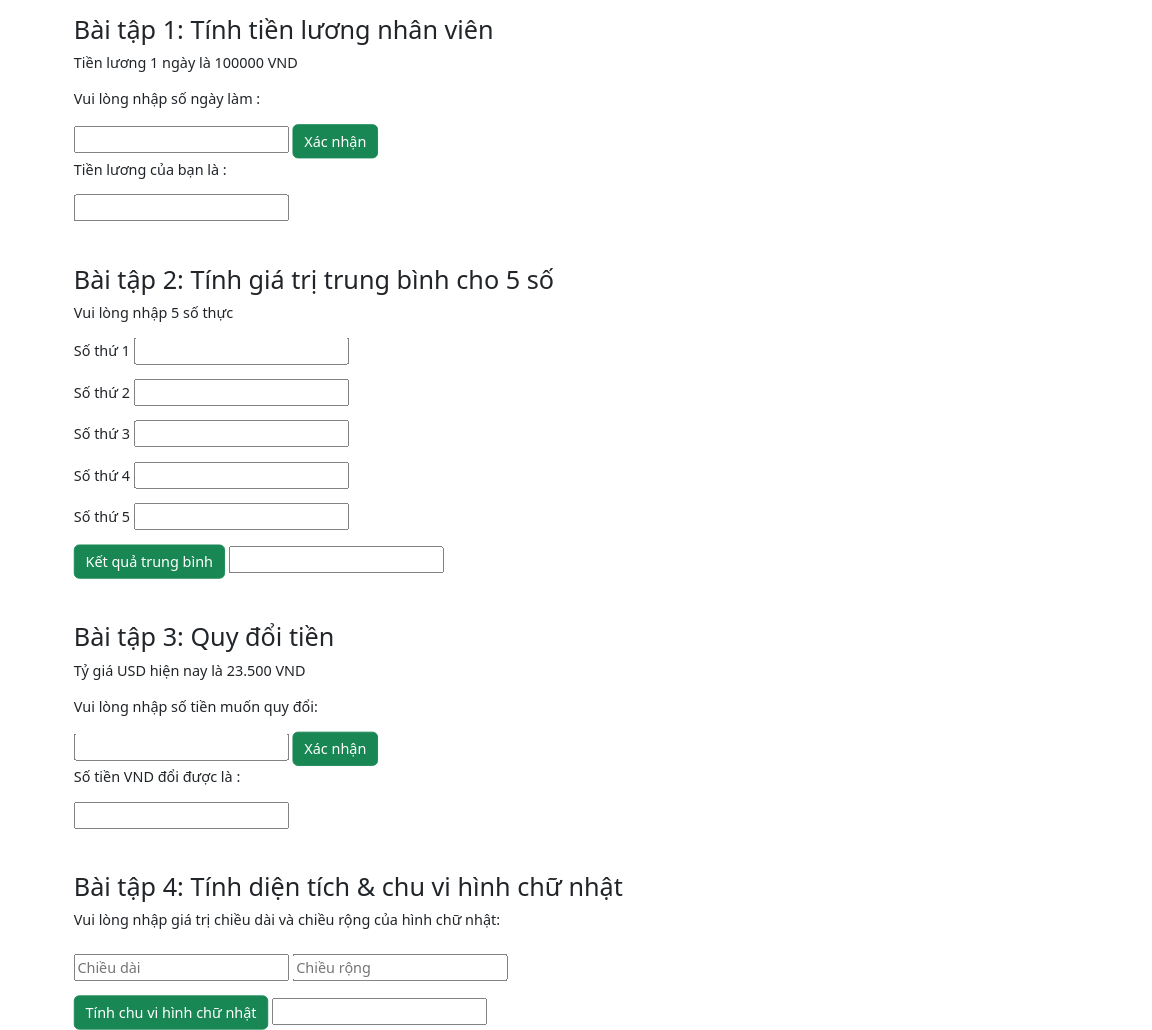
Repository: hcozyph/TranHuuPhuoc_BC43_BT_JS_Buoi2
Page: index.html
An editor plug-in stored every save of this project. The page is shown before and after the next save, followed by the edit.
The browser window is 1280 px wide. The pictures show the whole page, at 90% of full size.

Above is the page before, as saved 2023-01-21 22:49:50.

After the next save:
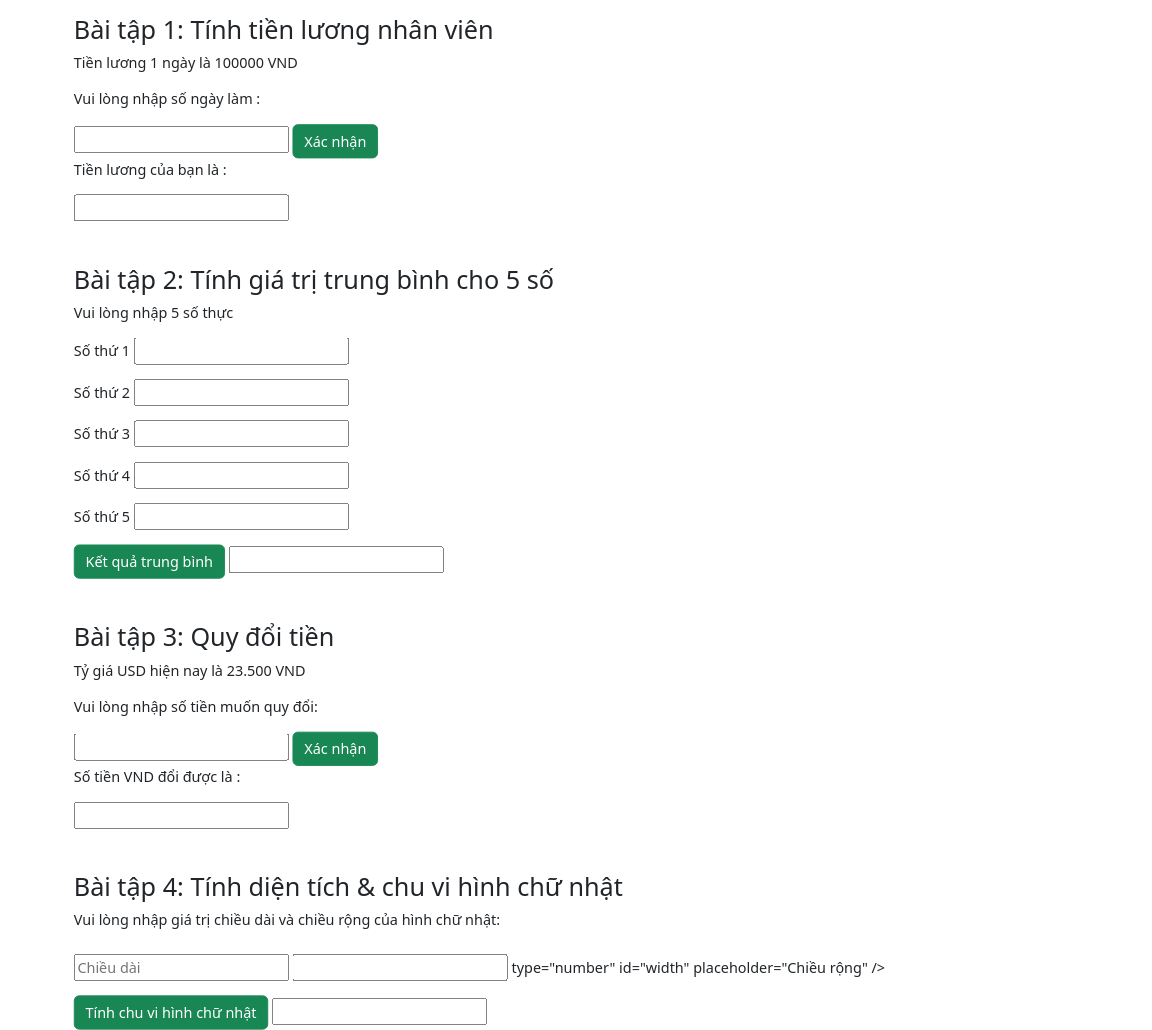
Saved 15 s later.
--- a/index.html
+++ b/index.html
@@ -103,12 +103,8 @@
                     </p>
 
                     <input type="number" id="length" placeholder="Chiều dài" />
-                    <input
-                        style="margin-top: 10px"
-                        type="number"
-                        id="width"
-                        placeholder="Chiều rộng"
-                    />
+                    <input <!-- style="margin-top: 10px" -- />
+                    type="number" id="width" placeholder="Chiều rộng" />
                 </div>
 
                 <div class="chuVi mt-3">
